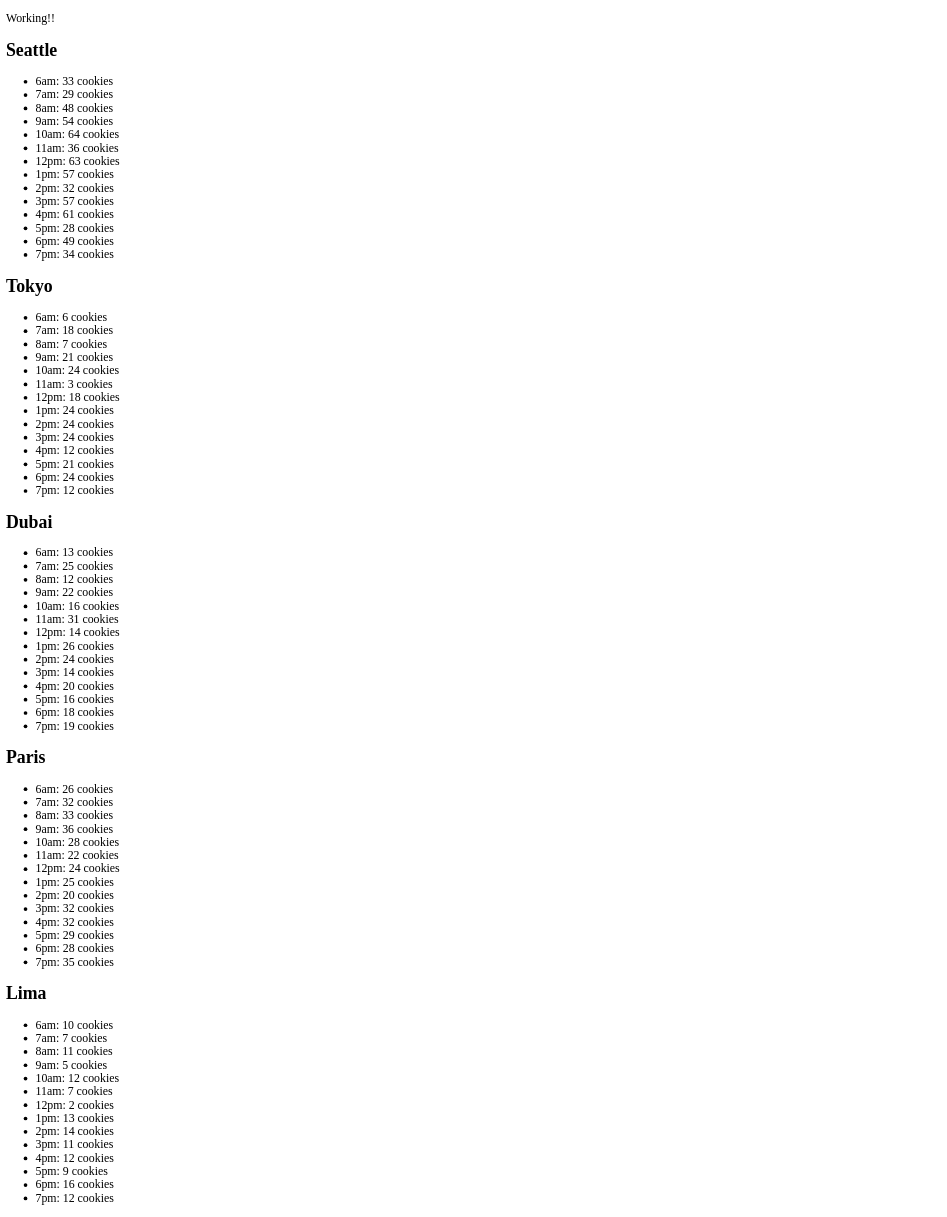
Repository: aaron1986/cookie_stand
Page: sales.html
The author's editor kept a copy of each file at every save. The page is drawn from the files as they stood at one save, then again after the next save.
The browser window is 1280 px wide. The pictures show the whole page, at 74% of full size.

Above is the page before, as saved 2023-09-26 11:40:45.

### sales.html
<!DOCTYPE html>
<html lang="en">
<head>
    <meta charset="UTF-8">
    <meta name="viewport" content="width=device-width, initial-scale=1.0">
    <link rel="stylesheet" href="style.css">
    <script src="./app.js" defer></script>
    <title>Document</title>
</head>
<body>

    <p>Working!!</p>

    <div id="shop-location">

    </div>
</body>
</html>

### app.js

/* const Hours = ['6am', '7am', '8am', '9am', '10am', '11am', '12pm', '1pm', '2pm', '3pm', '4pm', '5pm', '6pm', '7pm'];

function randonNumber(min, max) {
    return Math.floor(Math.random(parseInt) * (max - min + 1)) + min;
}

const shopLocationSeattle = {
    location: "Seattle",
    min: 23,
    max: 65,
    avg: 6.3,
    customersPerHour: [],
    cookiesPerHour: [],
    totalSold:0,
    calcTotal: function() {
        for(let i = 0; i < Hours.length; i++) {
            const randNum = randonNumber(this.min, this.max);
            this.customersPerHour.push(randNum);
            this.cookiesPerHour.push(randNum * this.avg);
        }

    },
};

const shopLocationTokyo = {
    location: "Tokyo",
    min: 23,
    max: 65,
    avg: 6.3,
    customersPerHour: [],
    cookiesPerHour: [],
    totalSold:0,
    calcTotal: function() {
        for(let i = 0; i < Hours.length; i++) {
            const randNum = randonNumber(this.min, this.max);
            this.customersPerHour.push(randNum);
            this.cookiesPerHour.push(randNum * this.avg);
        }

    },
};

const shopLocationDubai= {
    location: "Dubai",
    min: 11,
    max: 38,
    avg: 3.7,
    customersPerHour: [],
    cookiesPerHour: [],
    totalSold:0,
    calcTotal: function() {
        for(let i = 0; i < Hours.length; i++) {
            const randNum = randonNumber(this.min, this.max);
            this.customersPerHour.push(randNum);
            this.cookiesPerHour.push(randNum * this.avg);
        }

    },
};


const shopLocationParis = {
    location: "Paris",
    min: 20,
    max: 38,
    avg: 2.3,
    customersPerHour: [],
    cookiesPerHour: [],
    totalSold:0,
    calcTotal: function() {
        for(let i = 0; i < Hours.length; i++) {
            const randNum = randonNumber(this.min, this.max);
            this.customersPerHour.push(randNum);
            this.cookiesPerHour.push(randNum * this.avg);
        }

    },
};


const shopLocationLima = {
    location: "Lima",
    min: 2,
    max: 16,
    avg: 4.6,
    customersPerHour: [],
    cookiesPerHour: [],
    totalSold:0,
    calcTotal: function() {
        for(let i = 0; i < Hours.length; i++) {
            const randNum = randonNumber(this.min, this.max);
            this.customersPerHour.push(randNum);
            this.cookiesPerHour.push(randNum * this.avg);
        }

    },
};



shopLocationSeattle.calcTotal();
shopLocationTokyo.calcTotal();
shopLocationDubai.calcTotal();
shopLocationParis.calcTotal();
shopLocationLima.calcTotal();

const shopLocationHtml = document.getElementById("shop-location");
const article = document.createElement("article");


//h2 heading for the location
const h2 = document.createElement("h2");
h2.textContent = shopLocationSeattle.location;
article.appendChild(h2);
shopLocationHtml.appendChild(article);

//unordered list
const ul = document.createElement("ul");
for(let i = 0; i < shopLocationSeattle.customersPerHour.length; i++) {
    const li = document.createElement("li");
    li.textContent = shopLocationSeattle.customersPerHour[i];
    ul.appendChild(li);
}

article.appendChild(ul); */




//I rewrote the code using the DRY principle of coding.


const Hours = ['6am', '7am', '8am', '9am', '10am', '11am', '12pm', '1pm', '2pm', '3pm', '4pm', '5pm', '6pm', '7pm'];

function randonNumber(min, max) {
    return Math.floor(Math.random() * (max - min + 1)) + min;
}

function ShopLocation(location, min, max, avg) {
    this.location = location;
    this.min = min;
    this.max = max;
    this.avg = avg;
    this.customersPerHour = [];
    this.cookiesPerHour = [];
    this.totalSold = 0;


    this.calcTotal = function() {
        for(let i = 0; i < Hours.length; i++) {
            const randNum = randonNumber(this.min, this.max);
                this.customersPerHour.push(randNum);
                this.cookiesPerHour.push(randNum * this.avg);
        }
    };

}

const shopLocationSeattle = new ShopLocation ("Seattle", 23, 65, 6.3);

const shopLocationTokyo = new ShopLocation("Tokyo", 3, 24, 1.2);

const shopLocationDubai = new ShopLocation("Dubai",11,38,3.7);

const shopLocationParis = new ShopLocation("Paris",20,38,2.3);

const shopLocationLima = new ShopLocation("Lima",2,16,4,6);

shopLocationSeattle.calcTotal();
shopLocationTokyo.calcTotal();
shopLocationDubai.calcTotal();
shopLocationParis.calcTotal();
shopLocationLima.calcTotal();


const shopLocationHtml = document.getElementById("shop-location");

function createShopLocation(locationData) {
    const article = document.createElement("article");

    const h2 = document.createElement("h2");
    h2.textContent = locationData.location;
    article.appendChild(h2);

    const ul = document.createElement("ul");
    for(let i = 0; i < locationData.customersPerHour.length; i++) {
        const li = document.createElement("li");
        li.textContent =`${Hours[i]}: ${locationData.customersPerHour[i]} cookies`;
        ul.appendChild(li);
    }

    article.appendChild(ul);
    shopLocationHtml.appendChild(article);
}

createShopLocation(shopLocationSeattle);
createShopLocation(shopLocationTokyo);
createShopLocation(shopLocationDubai);
createShopLocation(shopLocationParis);
createShopLocation(shopLocationLima);

Loaded but not shown: style.css (no copy from this time; the picture is the same without it)

After the next save:
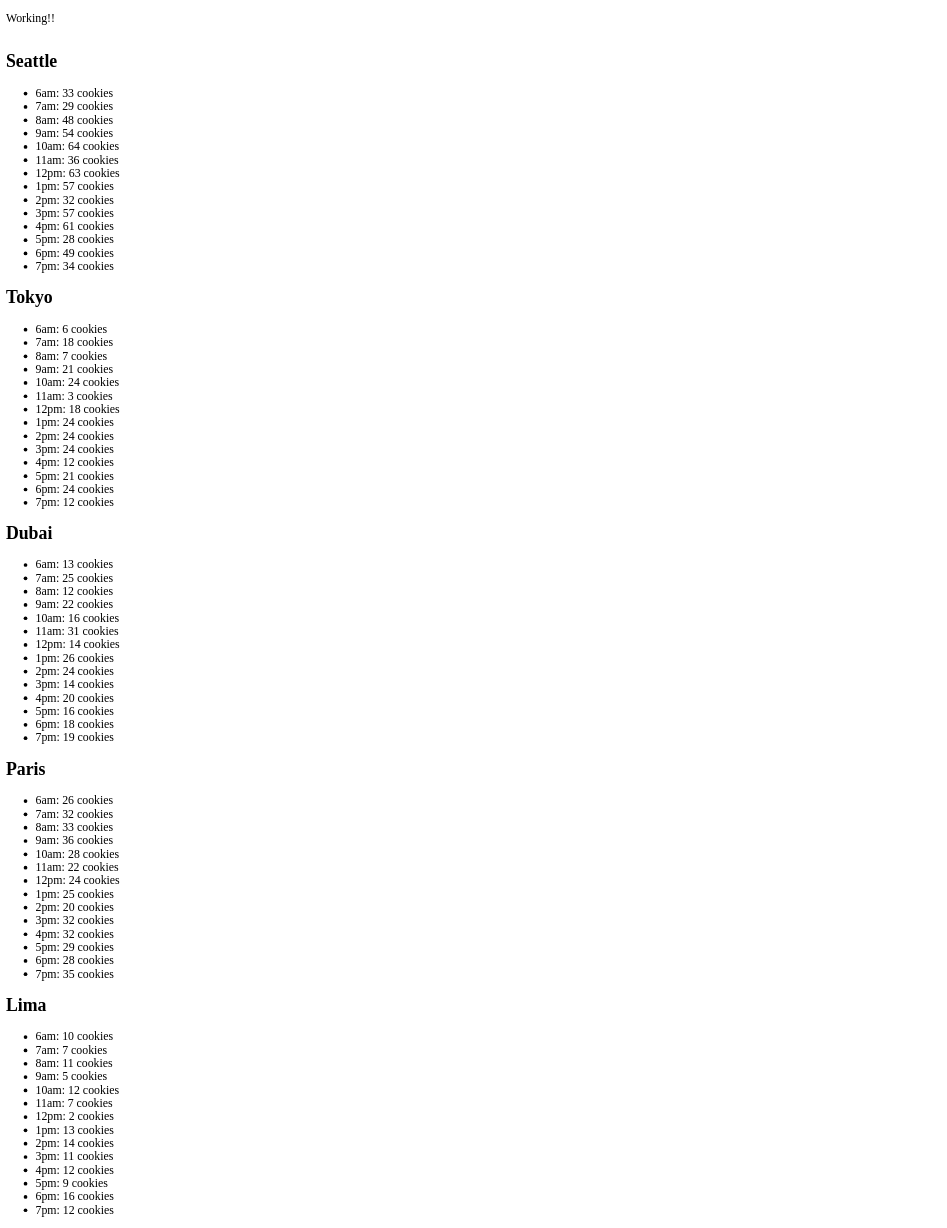
Saved 23 min 30 s later.
--- a/sales.html
+++ b/sales.html
@@ -13,6 +13,10 @@
 
     <div id="shop-location">
 
+        <table>
+
+        </table>
+
     </div>
 </body>
 </html>
